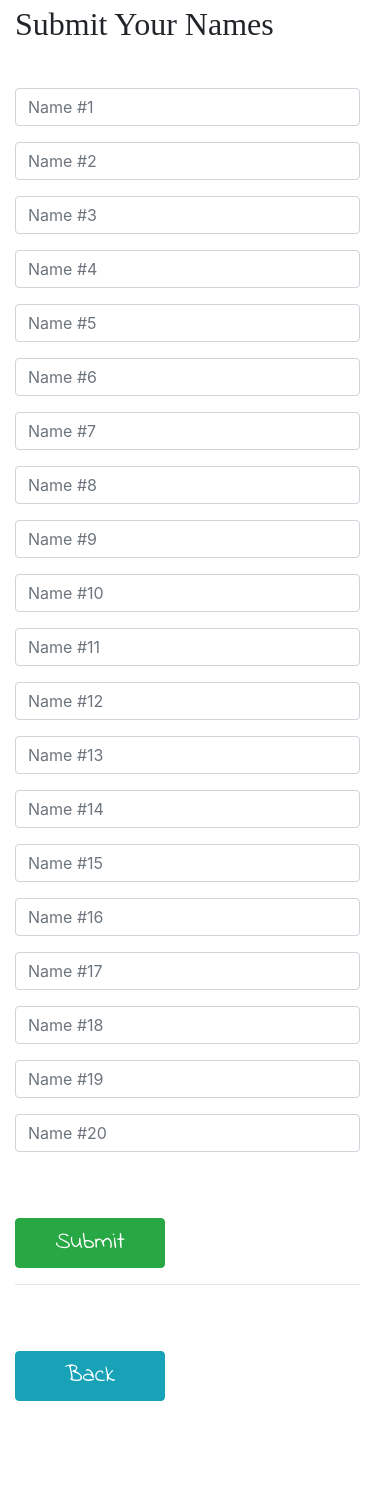
Repository: TaylorD1982/randomizer
Page: submit.html
The author's editor kept a record of every edit. The page is drawn from the files as they stood at one moment, then again after the next edit.
The browser window is 375 px wide. The pictures show the whole page.
Some web fonts or font styles are not loaded; a fallback is used. Some web libraries are served in a nearby version.

Above is the page before.
Console error: ReferenceError: emailjs is not defined

After the next edit:
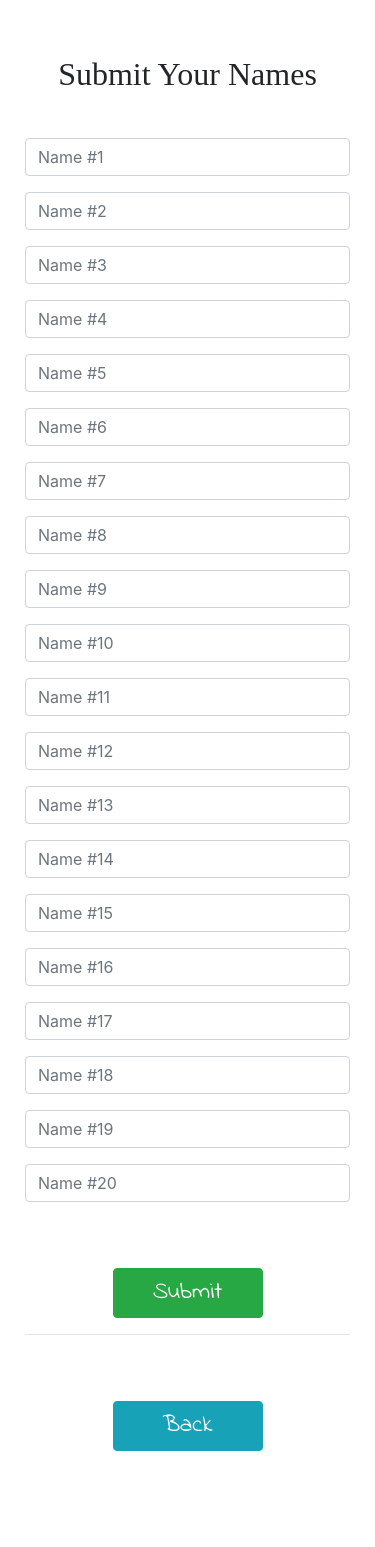
The edit:
--- a/style.css
+++ b/style.css
@@ -50,7 +50,7 @@
 }}
 
 @media only screen and (max-width: 600px) {
-.app2 {
+.app3 {
     padding-top: 50px;
     text-align: center;
     padding-left: 10px;
